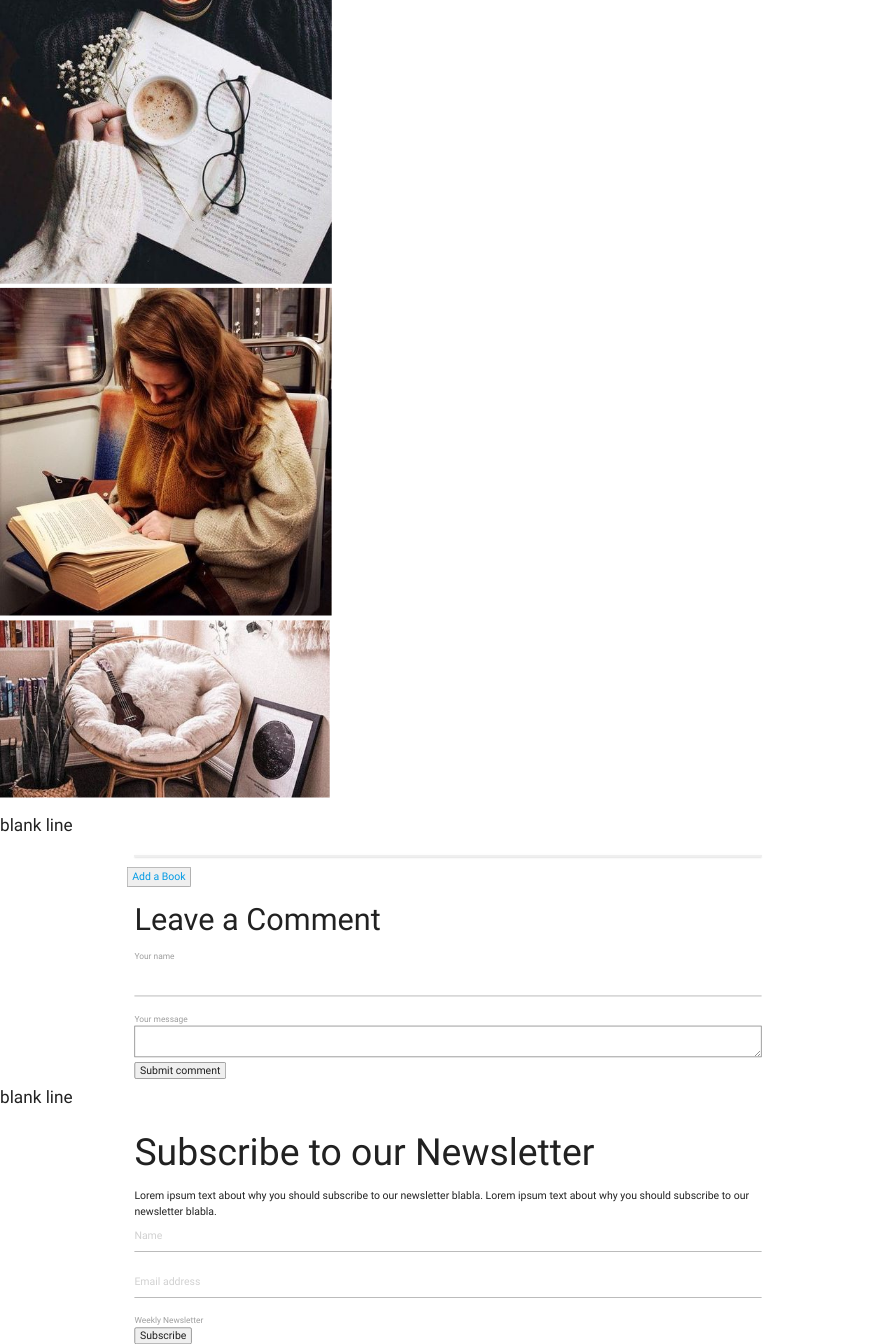
Repository: elizabeth24602/paper-to-screen
Page: http://localhost/forum1
The author's editor kept a record of every edit. The page is drawn from the files as they stood at one moment, then again after the next edit.
The browser window is 1280 px wide. The pictures show the part of the page from y = 916 to 2836 px (the page is 2836 px tall before and 2820 px after), at 70% of full size.
Some web libraries are served in a nearby version. The page is served by the project's application, run on Flask 3 (app.py). Queries for data that is not in the repository find no rows.

Above is the page before.

After the next edit:
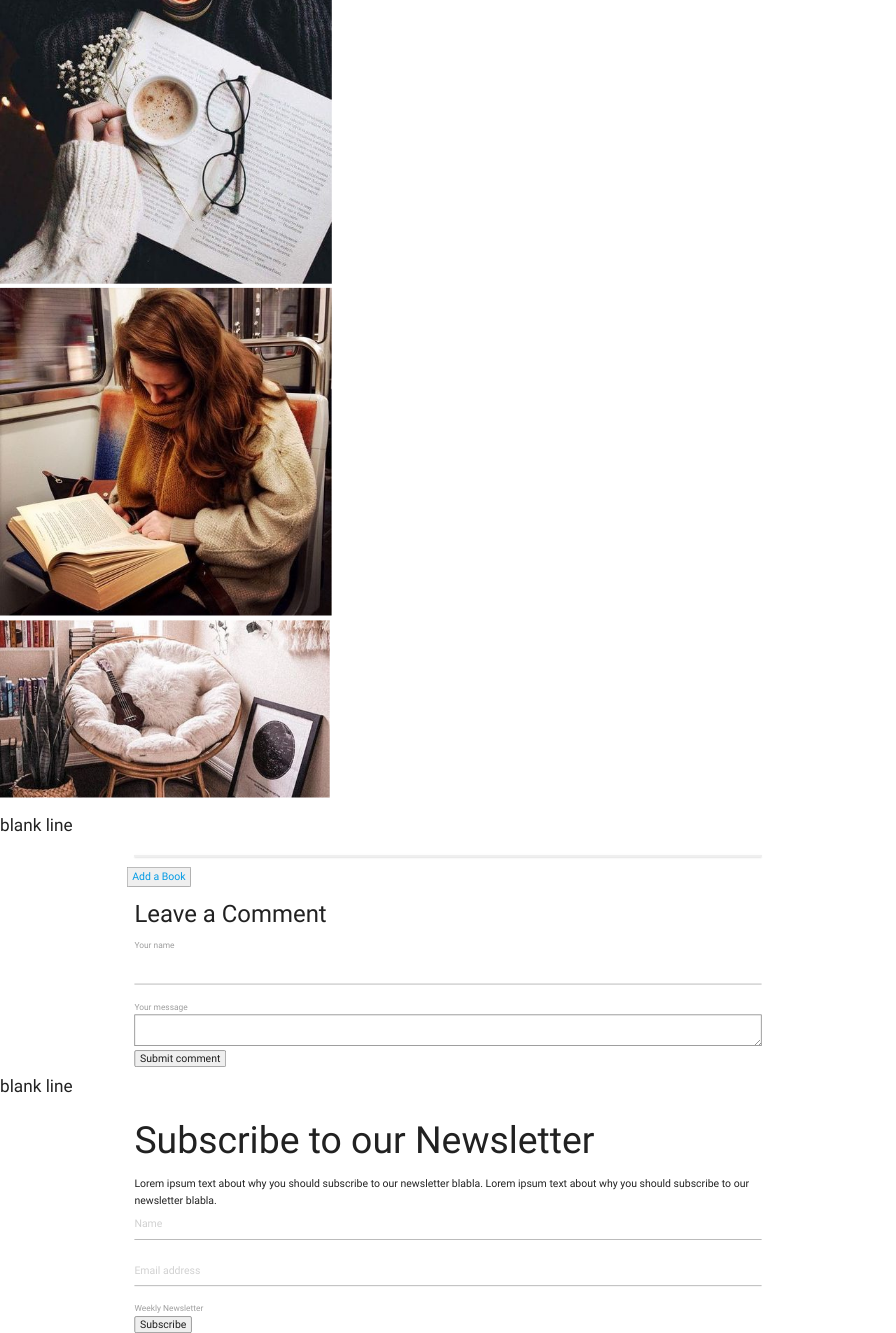
The edit:
--- a/templates/forum1.html
+++ b/templates/forum1.html
@@ -66,7 +66,7 @@
 <div class="container">
 <div id="respond">
 
-  <h3>Leave a Comment</h3>
+  <h4>Leave a Comment</h4>
 
   <form action="post_comment.php" method="post" id="commentform">
 
